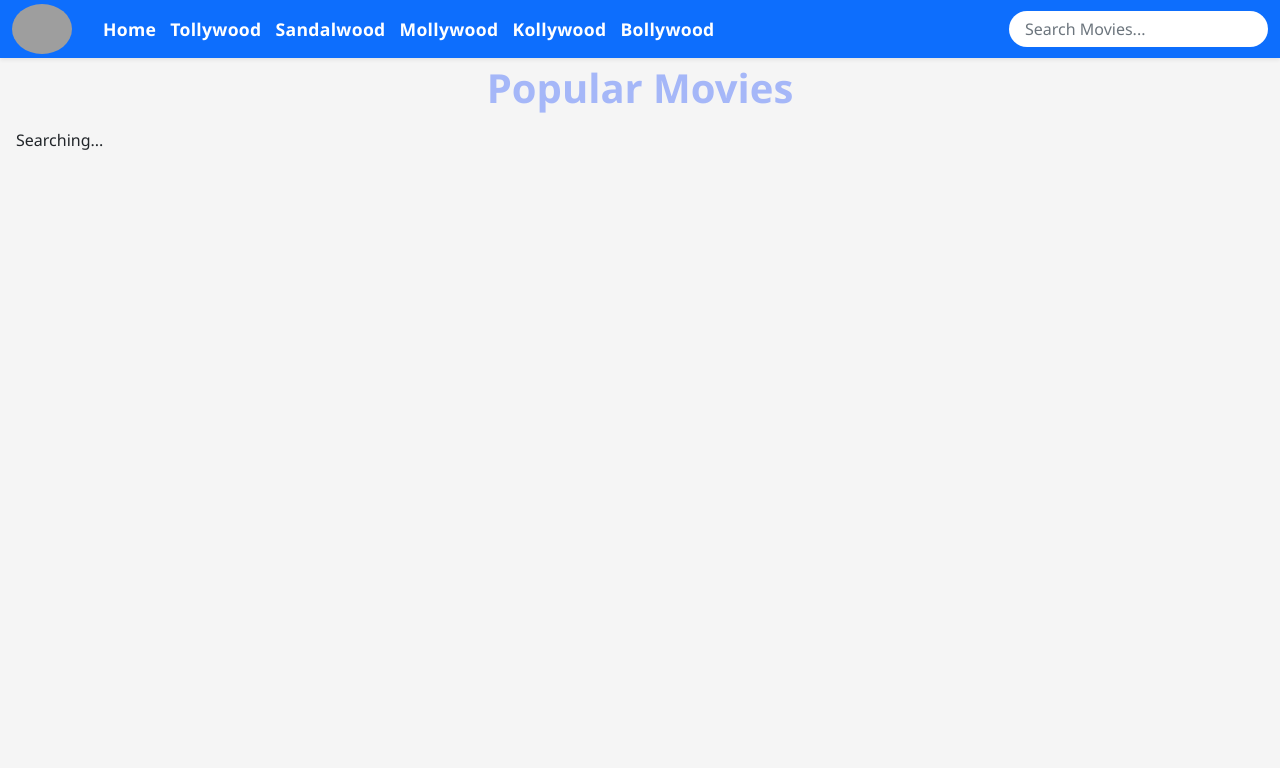
Repository: chandu7777158/Movies_spot
Page: /
The author's editor kept a copy of each file at every save. The page is drawn from the files as they stood at one save, then again after the next save.
The browser window is 1280 px wide. The pictures show the whole page.
Pictures or frames that could not be fetched are drawn as grey boxes. The page's requests for data from a server got no answer. The project was rebuilt for these pictures with package versions that can differ from the ones it lists, and the page was loaded fresh each time. No one was signed in, and anything a server would have sent is missing. Also part of the build but not shown: vite.config.js, src/components/MovieCard.jsx.

Above is the page before, as saved 2026-01-29 10:53:46.

### index.html
<!doctype html>
<html lang="en">
  <head>
    <meta charset="UTF-8" />
    <link rel="icon" type="image/svg+xml" href="/vite.svg" />
    <meta name="viewport" content="width=device-width, initial-scale=1.0" />
    <title>movies_spot</title>
    <link rel="stylesheet" href="https://cdn.jsdelivr.net/npm/bootstrap-icons@1.11.0/font/bootstrap-icons.css">
    <link href="https://cdn.jsdelivr.net/npm/bootstrap@5.2.3/dist/css/bootstrap.min.css" rel="stylesheet" integrity="sha384-rbsA2VBKQhggwzxH7pPCaAqO46MgnOM80zW1RWuH61DGLwZJEdK2Kadq2F9CUG65" crossorigin="anonymous">

  </head>
  <body>
    <script src="https://cdn.jsdelivr.net/npm/bootstrap@5.2.3/dist/js/bootstrap.bundle.min.js" integrity="sha384-kenU1KFdBIe4zVF0s0G1M5b4hcpxyD9F7jL+jjXkk+Q2h455rYXK/7HAuoJl+0I4" crossorigin="anonymous"></script>
    <div id="root"></div>
    <script type="module" src="/src/main.jsx"></script>
  </body>
</html>

### src/index.css
/* Global Reset and Fix for Fixed Navbar */
body {
    background: whitesmoke;
    min-height: 100vh;
    margin: 0;
    /* This padding prevents content from hiding behind the navbar */

    font-family: 'Segoe UI', sans-serif;
}

/* Custom Highlight Effect for Nav Links */
.navbar-nav .nav-link {
    padding: 7px !important;
}

.nav-highlight {
    color: white !important;
    transition: all 0.3s ease;
}

.nav-highlight:hover {
    color:#f5e15d !important;

}

/* Make search bar look modern */
.form-control:focus {
    box-shadow: 0 0 10px rgba(255, 255, 255, 0.5);
    outline: none;
}

/* Fix for the Logo - making it prominent but low padding */
.nav-logo-img {
    width: 60px;
    height: 50px;
    object-fit: cover;
    margin: 0px 0;
}

/* Tighten up the Nav Links for a cleaner look */
.navbar-nav .nav-link {
    font-size: 1.1rem;
    letter-spacing: 0.3px;
    padding-top: 0.2rem;
    padding-bottom: 0.2rem;
}

/* Ensure the Mobile Toggler and Search Icon align perfectly */
.navbar-toggler:focus {
    box-shadow: none; /* Removes the ugly blue border on click */
}

/* Ensure posters look like real movie posters */
.movie-card img {
    /* Standard movie poster ratio is 2:3 */
    aspect-ratio: 2.3 / 3;
    max-width: 100%;
    border-radius: 8px 8px 8px 8px;
    transition: transform 0.3s ease;
}



.movie-card {
    box-shadow:  0 0 5px 5px  rgba(0, 0, 0, 0.04) !important;
    transition: box-shadow 0.3s ease;
    border-radius: 10px !important;
    cursor: pointer;
    padding-top: 2px;
}

.movie-card:hover {
    transform: scale(1.03);
    box-shadow:  0 0 5px 5px  rgba(0, 0, 0, 0.10) !important;
}

### src/App.jsx
import React from 'react';
import { BrowserRouter as Router, Routes, Route } from 'react-router-dom';
import Navbar from './components/Navbar';
import MoviePage from './pages/MoviePage';

function App() {
  return (
    <Router>
      <Navbar />
      <main className="mt-5 pt-3">
        <Routes>
          <Route path="/" element={<MoviePage category="popular" />} />
          <Route path="/tollywood" element={<MoviePage category="tollywood" />} />
          <Route path="/sandalwood" element={<MoviePage category="sandalwood" />} />
          <Route path="/mollywood" element={<MoviePage category="mollywood" />} />
          <Route path="/kollywood" element={<MoviePage category="kollywood" />} />
          <Route path="/bollywood" element={<MoviePage category="bollywood" />} />
          <Route path="/search/:query" element={<MoviePage category="search" />} />
        </Routes>
      </main>
    </Router>
  );
}

export default App;

### src/components/Navbar.jsx
import React, { useState } from 'react';
import { Link, useNavigate } from 'react-router-dom';

export default function Navbar() {
    const [searchTerm, setSearchTerm] = useState("");
    const navigate = useNavigate();

    const navItems = [
        { label: 'Home', path: '/' },
        { label: 'Tollywood', path: '/tollywood' },
        { label: 'Sandalwood', path: '/sandalwood' },
        { label: 'Mollywood', path: '/mollywood' },
        { label: 'Kollywood', path: '/kollywood' },
        { label: 'Bollywood', path: '/bollywood' },
    ];

    const handleSearch = (e) => {
        e.preventDefault();
        if (searchTerm.trim()) {
            navigate(`/search/${searchTerm}`);
            setSearchTerm(""); // Clear input after search
            // Close mobile menu if open
            const menu = document.getElementById('navbarNav');
            if (menu.classList.contains('show')) {
                menu.classList.remove('show');
            }
        }
    };

    return (
        <nav className="navbar navbar-expand-lg navbar-dark bg-primary shadow-sm fixed-top py-1">
            <div className="container-fluid d-flex align-items-center">
                <Link className="navbar-brand p-0" to="/">
                    <img
                        src="https://static.vecteezy.com/system/resources/previews/022/580/623/non_2x/movie-media-letter-logo-design-illustration-free-vector.jpg"
                        alt="Logo"
                        className="rounded-circle nav-logo-img"
                    />
                </Link>

                {/* Mobile Search Icon - Now triggers the toggle to show the search bar */}
                <div className="d-flex align-items-center ms-auto">
                    <button
                        className="btn btn-link text-white d-lg-none p-2 me-1"
                        data-bs-toggle="collapse"
                        data-bs-target="#navbarNav"
                    >
                        <i className="bi bi-search fs-5"></i>
                    </button>
                    <button className="navbar-toggler border-0 p-2" data-bs-toggle="collapse" data-bs-target="#navbarNav">
                        <span className="navbar-toggler-icon"></span>
                    </button>
                </div>

                {/*>lg screens Navbar*/}
                <div className="collapse navbar-collapse" id="navbarNav">
                    <ul className="navbar-nav ms-2 mb-2 mb-lg-0 text-center">
                        {navItems.map((item) => (
                            <li className="nav-item" key={item.label}>
                                <Link className="nav-link nav-highlight px-lg-3 fw-bold" to={item.path}>
                                    {item.label}
                                </Link>
                            </li>
                        ))}
                    </ul>

                    <div className="me-auto"></div>

                    {/* Unified Search Form (Visible in collapse on mobile, inline on desktop) */}
                    {/*you aren't "calling" the function,When the event browser runs that function, it automatically injects an "Event Object" as the first argument */}
                    {/*This object contains all the info about the click/submit (like which key was pressed)*/}
                    <form className="d-flex mt-2 mt-lg-0" onSubmit={handleSearch}>
                        <input
                            className="form-control rounded-pill border-0 ps-3"
                            type="search"
                            placeholder="Search Movies..."
                            value={searchTerm}
                            onChange={(e) => setSearchTerm(e.target.value)}
                        />
                    </form>
                </div>
            </div>
        </nav>
    );
}

### src/pages/MoviePage.jsx
import React, { useState, useEffect } from 'react';
import { useParams } from 'react-router-dom';
import { getMovies, searchMovies } from '../services/movieService';
import MovieCard from '../components/MovieCard';

const MoviePage = ({ category }) => {
    const [movies, setMovies] = useState([]);
    const [loading, setLoading] = useState(true);
    const { query } = useParams(); // Get search term from URL

    useEffect(() => {
        const loadMovies = async () => {
            setLoading(true);
            let data;
            if (category === 'search' && query) {
                data = await searchMovies(query);
            } else {
                data = await getMovies(category);
            }
            setMovies(data);
            setLoading(false);
        };
        loadMovies();
    }, [category, query]); // Re-run if category OR search query changes

    const displayTitle = category === 'search'
        ? `Results for "${query}"`
        : category === 'popular' ? 'Popular Movies' : `${category.charAt(0).toUpperCase() + category.slice(1)} Movies`;

    return (
        <div className="container-fluid px-3">
            {/*Dynamic headings added here*/}
            <h1 className="mt-0 mb-3 fw-bold" style={{ color: "#a5b7f8",textAlign:"center" }}>{displayTitle}</h1>
            <div className="row g-2">
                {loading ? (
                    <p>Searching...</p>
                ) : movies.length > 0 ? (
                    movies.map(movie => <MovieCard key={movie.id} movie={movie} />)
                ) : (
                    <div className="text-center mt-5">
                        <h3>No movies found for "{query}"</h3>
                    </div>
                )}
            </div>
        </div>
    );
};

export default MoviePage;

### src/services/movieService.js
const API_KEY = import.meta.env.VITE_TMDB_KEY;
const BASE_URL = 'https://api.themoviedb.org/3';

const languageCodes = {
    tollywood: 'te',
    bollywood: 'hi',
    kollywood: 'ta',
    mollywood: 'ml',
    sandalwood: 'kn'
};

export const getMovies = async (type) => {
    let url1 = "";
    let url2 = "";

    if (type === 'popular' || type === 'Home') {
        url1 = `${BASE_URL}/movie/popular?api_key=${API_KEY}&page=1`;
        url2 = `${BASE_URL}/movie/popular?api_key=${API_KEY}&page=2`;
    } else {
        const code = languageCodes[type.toLowerCase()];
        url1 = `${BASE_URL}/discover/movie?api_key=${API_KEY}&with_original_language=${code}&page=1`;
        url2 = `${BASE_URL}/discover/movie?api_key=${API_KEY}&with_original_language=${code}&page=3`;
    }

    const [res1, res2] = await Promise.all([fetch(url1), fetch(url2)]);
    const data1 = await res1.json();
    const data2 = await res2.json();

    return [...(data1.results || []), ...(data2.results || [])].slice(0,36);
};

export const searchMovies = async (query) => {
    const url = `${BASE_URL}/search/movie?api_key=${API_KEY}&query=${encodeURIComponent(query)}&page=1`;
    const response = await fetch(url);
    const data = await response.json();
    return data.results || [];
};

Loaded but not shown: src/main.jsx (common file)

After the next save:
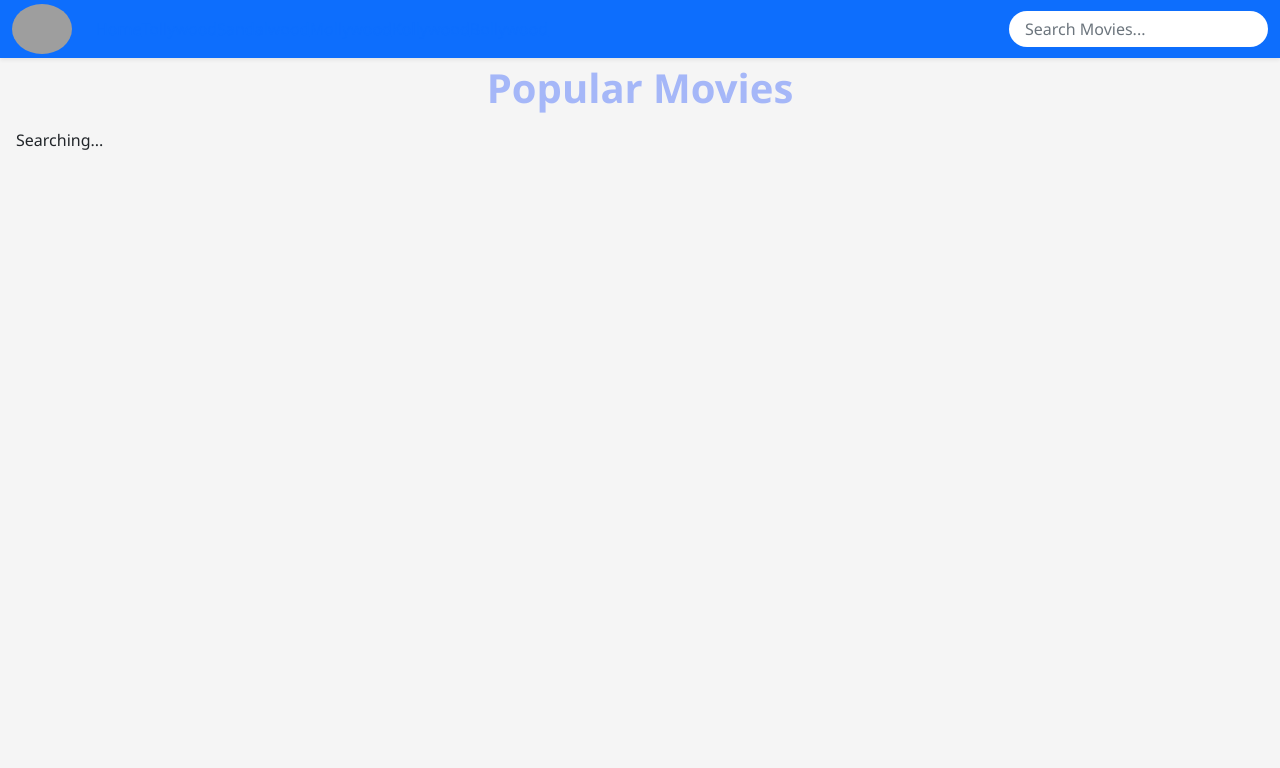
Saved 14 min 28 s later.
--- a/src/components/Navbar.jsx
+++ b/src/components/Navbar.jsx
@@ -57,7 +57,7 @@
                     <ul className="navbar-nav ms-2 mb-2 mb-lg-0 text-center">
                         {navItems.map((item) => (
                             <li className="nav-item" key={item.label}>
-                                <Link className="nav-link nav-highlight px-lg-3 fw-bold" to={item.path}>
+                                <Link  to={item.path}>
                                     {item.label}
                                 </Link>
                             </li>

After the save that followed:
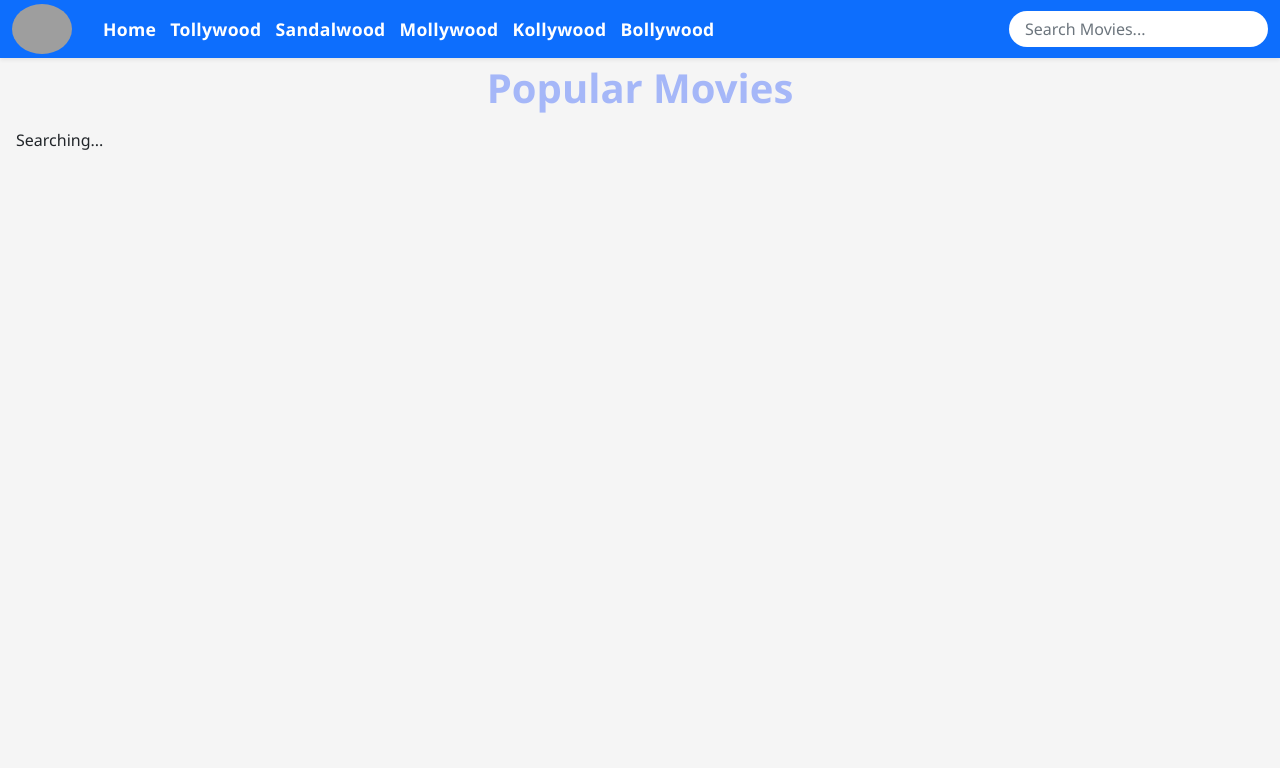
Saved 7 s later.
--- a/src/components/Navbar.jsx
+++ b/src/components/Navbar.jsx
@@ -57,7 +57,7 @@
                     <ul className="navbar-nav ms-2 mb-2 mb-lg-0 text-center">
                         {navItems.map((item) => (
                             <li className="nav-item" key={item.label}>
-                                <Link  to={item.path}>
+                                <Link className="nav-link nav-highlight px-lg-3 fw-bold" to={item.path}>
                                     {item.label}
                                 </Link>
                             </li>
